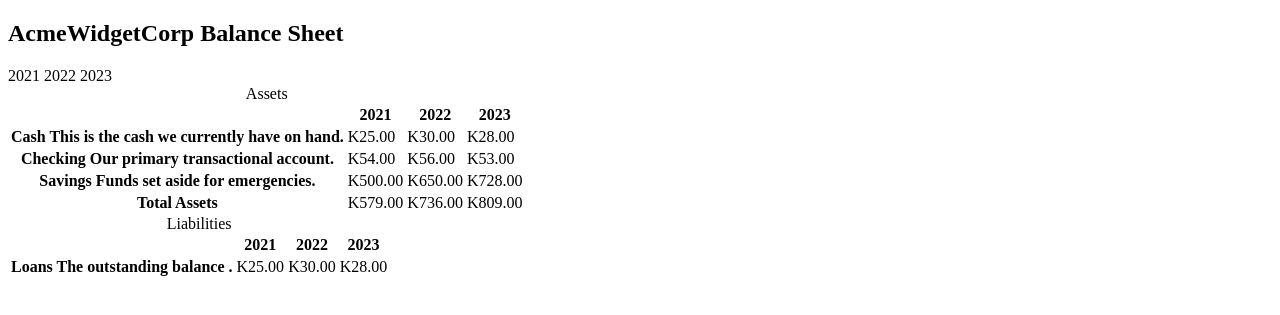
Repository: Lungdjos/balance_shee
Page: index.html
An editor plug-in stored every save of this project. The page is shown before and after a run of saves, followed by the edit.
The browser window is 1280 px wide. The pictures show the whole page.

Above is the page before, as saved 2023-10-31 16:49:45.

After the next 3 saves:
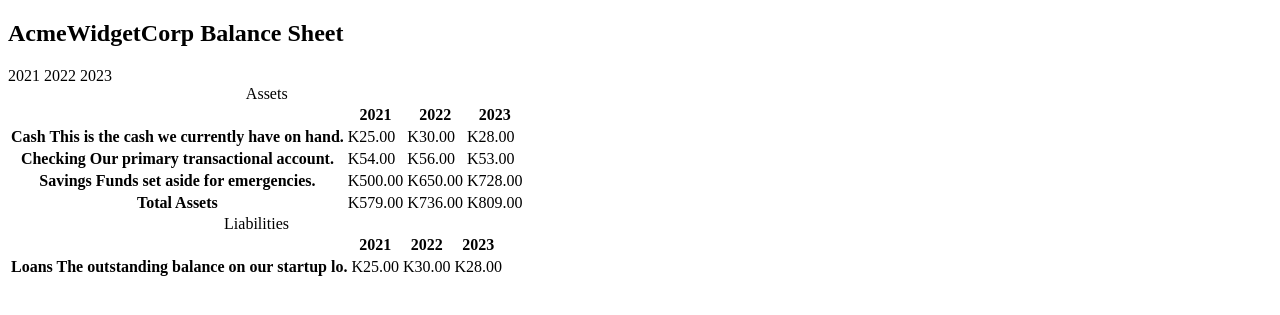
The 3 saves are shown as one change because they came seconds apart.
The last was saved 11 s later.
--- a/index.html
+++ b/index.html
@@ -82,7 +82,7 @@
                     <tbody>
                         <tr class="data">
                             <th>
-                                Loans <span class="description">The outstanding balance .</span>
+                                Loans <span class="description">The outstanding balance on our startup lo.</span>
                             </th>
                             <td>K25.00</td>
                             <td>K30.00</td>
